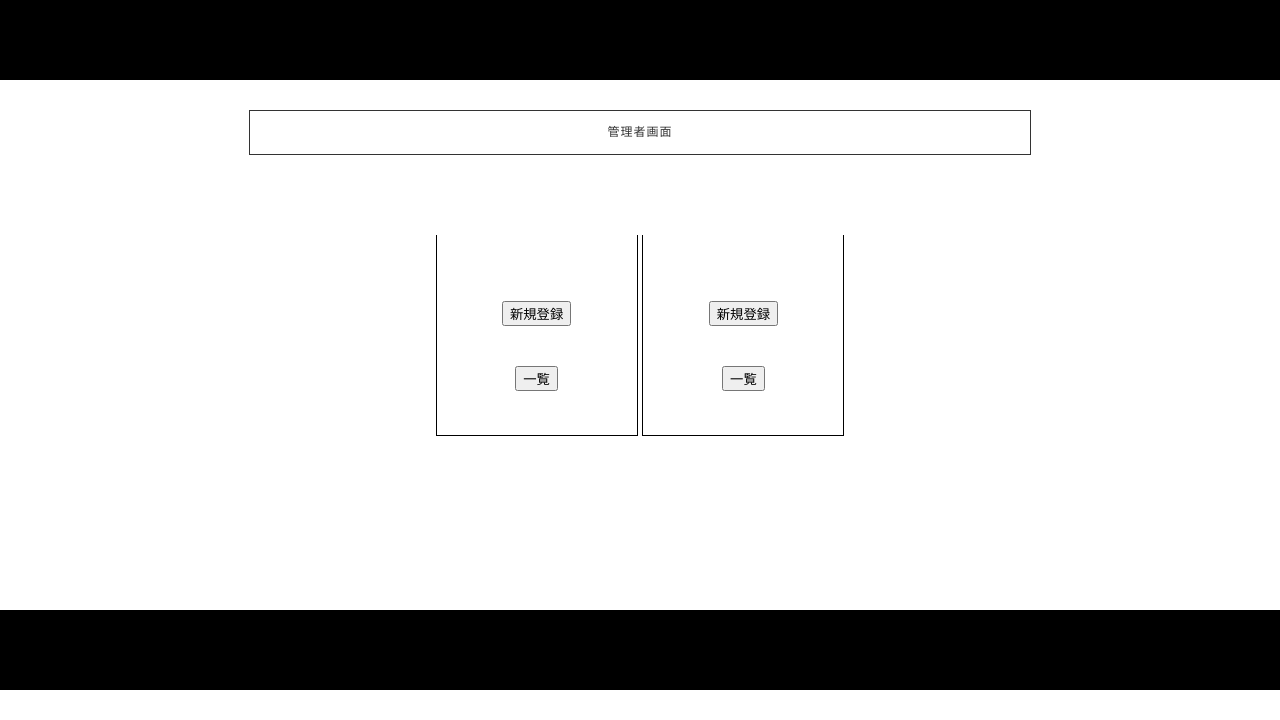
Repository: hiraide8/test
Page: http://localhost/ecsite/admin.jsp
An editor plug-in stored every save of this project. The page is shown before and after the next save, followed by the edit.
The browser window is 1280 px wide. The pictures show the whole page.
The page is served by Tomcat 9.

Above is the page before, as saved 2019-01-23 11:21:59.

After the next save:
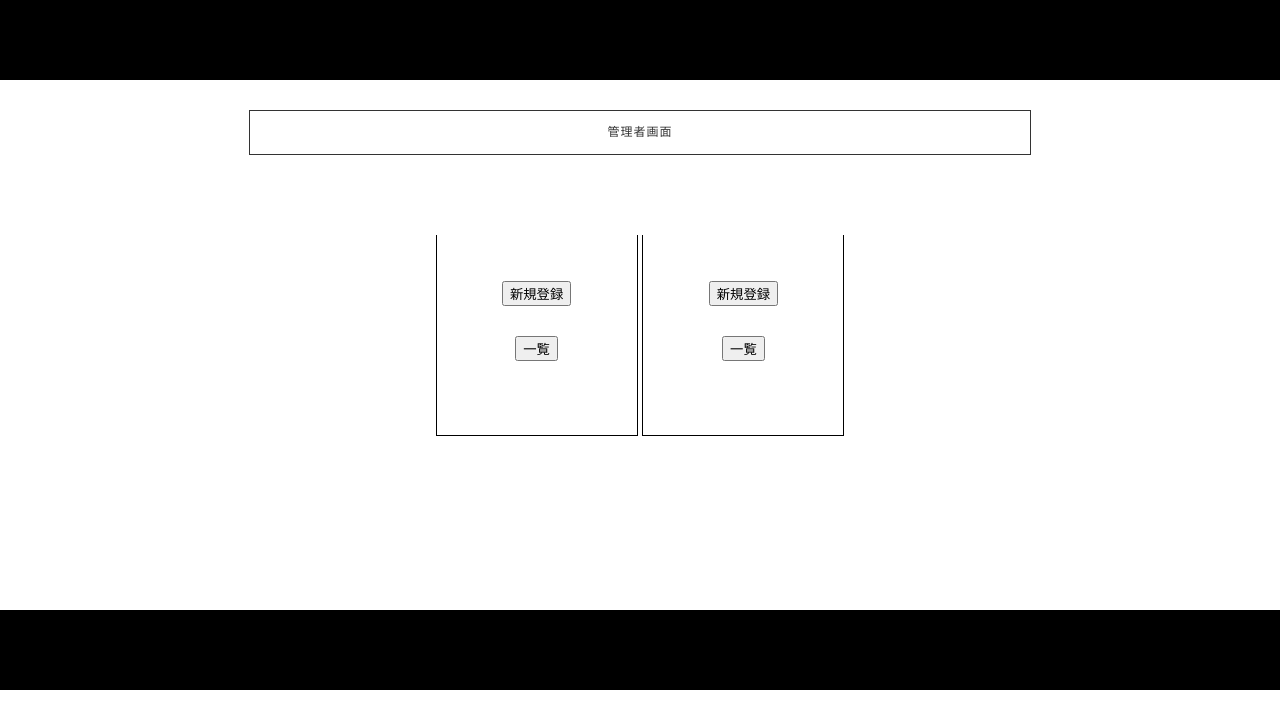
Saved 23 s later.
--- a/ecsite/WebContent/admin.jsp
+++ b/ecsite/WebContent/admin.jsp
@@ -24,7 +24,7 @@
                   background:#fff;
                 }
                 table{
-                  padding-top:30px;
+                  padding-top:20px;
                   margin:0 auto;
                 }
        /* ========ID LAYOUT======== */
